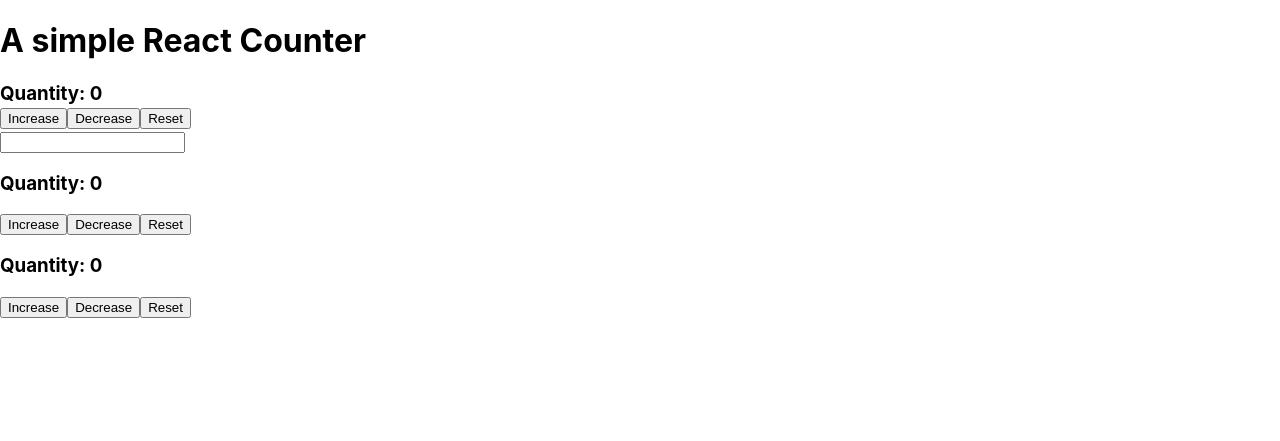
Repository: qudos4real/altschool-second-sem
Page: /
These files come from the project's save history. The page is drawn as it stood at one moment and after the next save; the edit follows.
The browser window is 1280 px wide. The pictures show the whole page.
The project was rebuilt for these pictures with package versions that can differ from the ones it lists, and the page was loaded fresh each time. Also part of the build but not shown: src/App.css.

Above is the page before, as saved 2022-11-03 02:24:12.

After the next save:
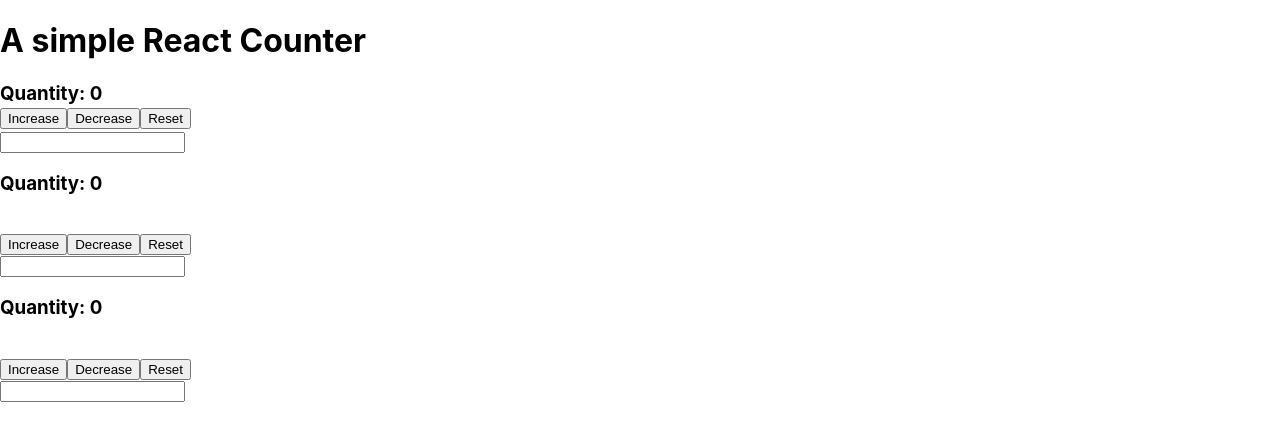
Saved 101 s later.
--- a/src/Reducer.js
+++ b/src/Reducer.js
@@ -10,6 +10,8 @@ function reducer(state, action) {
             return { count: state.count - 1 };
         case 'reset':
             return { count: 0 };
+            case "setValue":
+                return { count: action.value };
         default:
             return state;
     }
@@ -22,9 +24,12 @@ function reducer(state, action) {
     return (
         <>
             <h3> Quantity: {state.count}</h3>
+            <br />
             <button onClick={() => dispatch({ type: 'increment' })}>Increase</button>
             <button onClick={() => dispatch({ type: 'decrement' })}>Decrease</button>
             <button onClick={() => dispatch({ type: 'reset' })}>Reset</button>
+            <br />
+            <input type="number" onChange={(e) => dispatch({ type: "setValue", value: e.target.value })} />
 
         </>
     )
